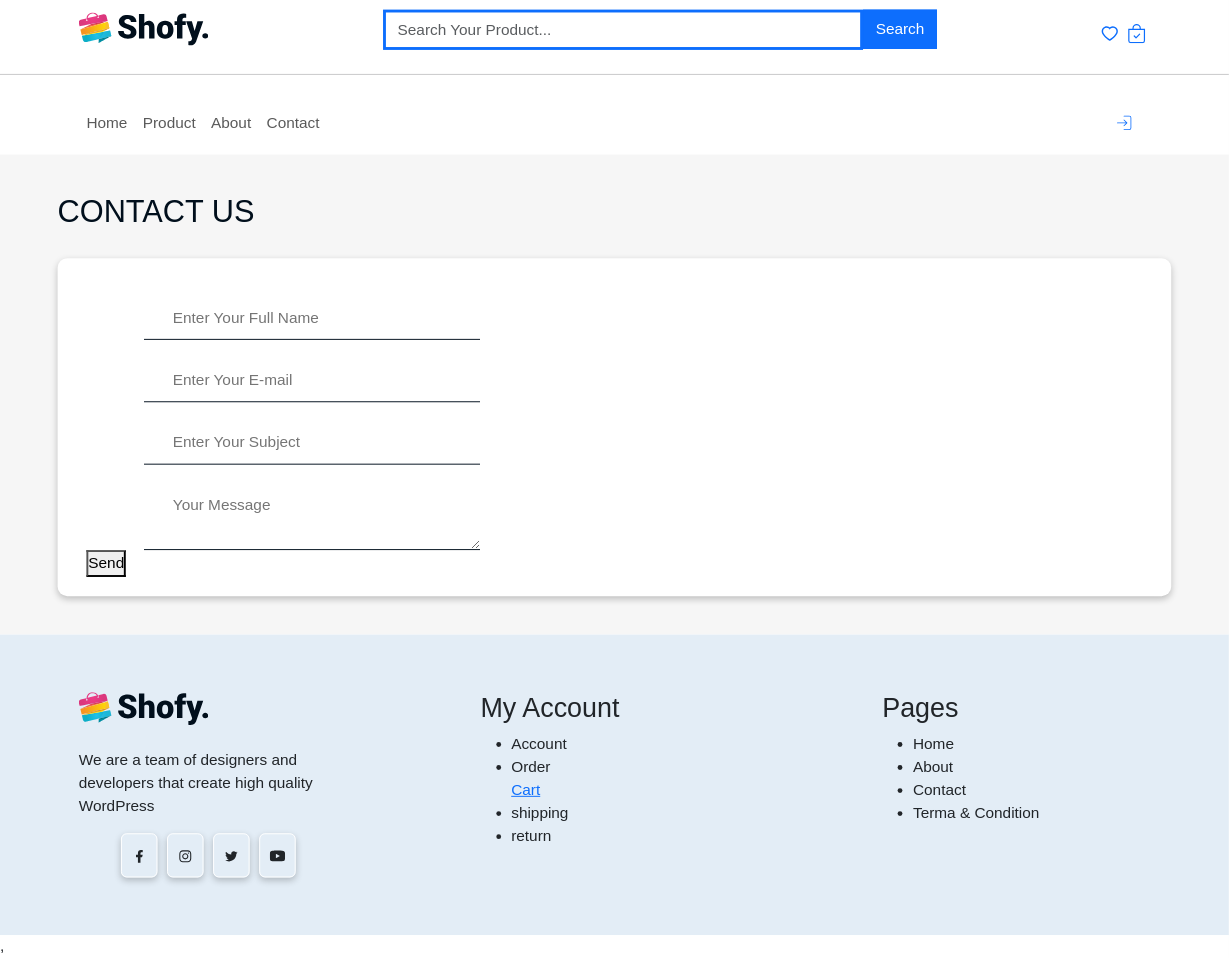
Repository: YomnaWegdan/E-commerce
Page: /contact
The author's editor kept a copy of each file at every save. The page is drawn from the files as they stood at one save, then again after a run of saves.
The browser window is 1280 px wide. The pictures show the whole page, at 96% of full size.
The project was rebuilt for these pictures with package versions that can differ from the ones it lists, and the page was loaded fresh each time. Also part of the build but not shown: src/App.css, src/Pages/Home.css, src/Components/HomeProduct.js, src/Pages/Home.js, src/Pages/Product.js, src/Components/Cart/Cart.css, src/Components/Cart/Cart.js.

Above is the page before, as saved 2023-08-09 00:53:41.

After the next 3 saves:
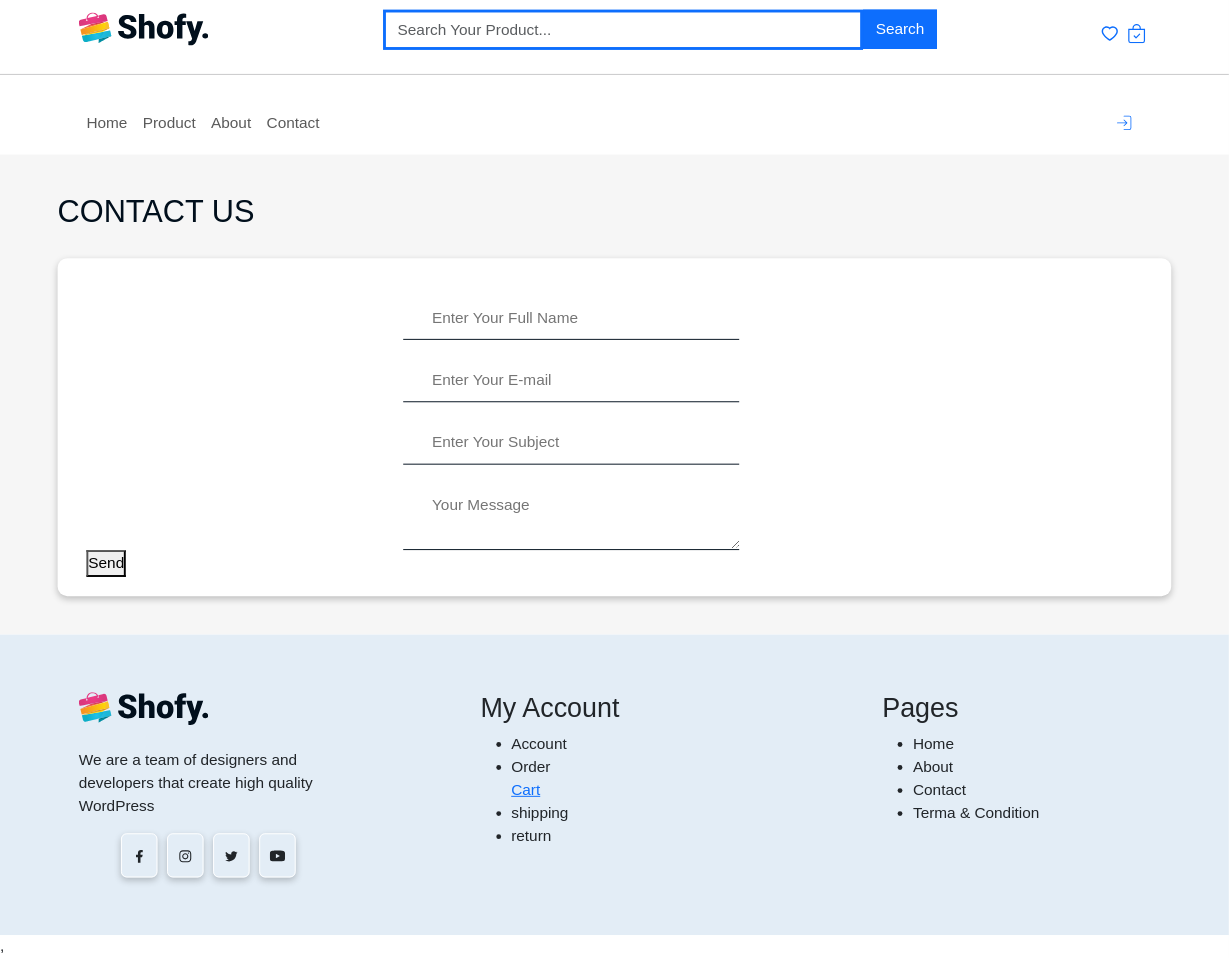
The 3 saves are shown as one change because they came seconds apart.
The last was saved 25 s later.
--- a/src/Pages/Contact.css
+++ b/src/Pages/Contact.css
@@ -30,7 +30,7 @@
     border-bottom: 1px solid #010f1c;
     width: 350px;
     margin-top: 20px;
-    margin-left: 60px;
+    margin-left: 30%;
     display: flex;
     justify-content: center;
     align-items:center;
